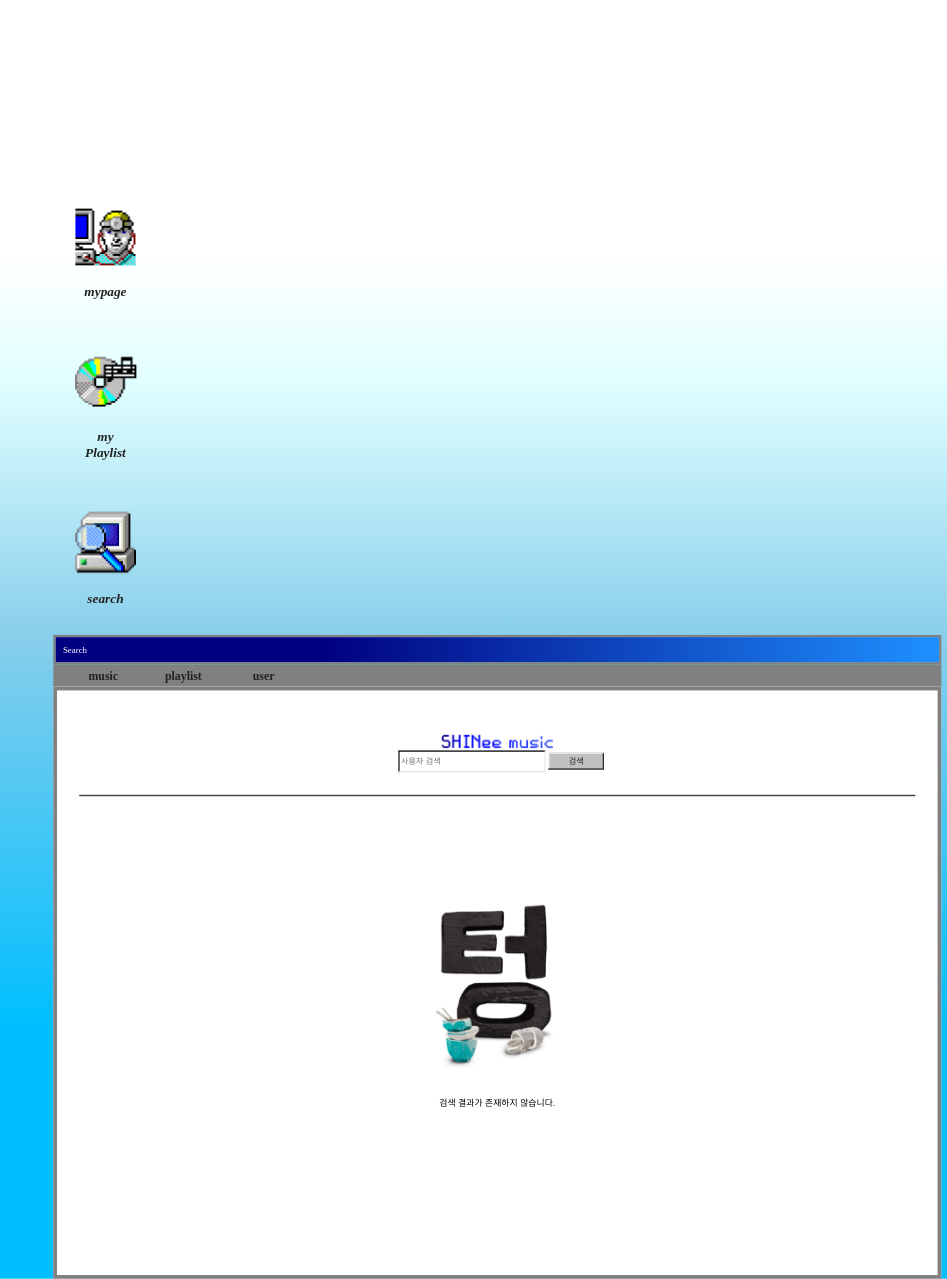
Repository: im2ho/SHINee_say
Page: http://localhost/MAIN/user_search.jsp
These files come from the project's save history. The page is drawn as it stood at one moment and after the next save; the edit follows.
The browser window is 1280 px wide. The pictures show the whole page, at 74% of full size.
Some web fonts or font styles are not loaded; a fallback is used. The page is served by Tomcat 9. Nobody is signed in. The application's start-up code is not run. Other server files are loaded and not shown. Queries for data that is not in the repository find no rows.

Above is the page before, as saved 2023-11-19 14:20:37.

### BACK/MAIN/src/main/webapp/user_search.jsp
<%@ page language="java" contentType="text/html; charset=UTF-8"
    pageEncoding="UTF-8"%>

<%
    request.setCharacterEncoding("UTF-8");
    %>

<%@ page import = "java.util.ArrayList" %>
<%@ page import = "shinee.dao.SearchDAO" %>
<%@ page import = "shinee.vo.User_info_VO" %>

<!DOCTYPE html>
<html>
    <head>
    	<meta charset="UTF-8">
        <title>SHINee Music</title>
        <link rel="stylesheet" type="text/css" href="css/search.css">
        <link rel="stylesheet" type="text/css" href="css/all.css">
    </head>
    <body>
        <div class="container" style="margin-top:30px;">
            <aside>
	                <button id="gotoMyPageButton" style="margin-top: 250px;">
	                    <img src="img/mypage.png" style="width:85px; padding:0;" alt="myPage Icon">
	                    <p><strong>mypage</strong></p>
	                </button>
	                <button id="gotoMyPlaylistButton" style="margin-top: 50px;">
	                    <img src="img/lookaround.png" style="width:85px; padding:0;" alt="lookaround Icon">
	                    <p><strong>my<br>Playlist</strong></p>
	                </button>
	                <button id="gotoSearchButton" style="margin-top: 50px;">
	                    <img src="img/pixel_search.png" style="width:85px; padding:0;" alt="Search Icon">
	                    <p><strong>search</strong></p>
	                </button>
            </aside>
            <section>
                <div class="bluetop" style="margin-top:20px; width:1200px;">
                    <p style="margin-top:5px">Search</p>
                </div>
                <!-- 여기서부터 검색창 페이지 변경 -->
                <!-- 검색 카테고리 선택 버튼 -->
                <div style="width:1200px; height:30px; background-color: gray;">
                    <button id="music_searchButton"><strong>music</strong></button>
                    <button id="playlist_searchButton"><strong>playlist</strong></button>
                    <button id="user_searchButton"><strong>user</strong></button>
                </div>
                <article>
                    <div style="margin-top: 60px; text-align: center;">
                        <img src="img/샤이니로고.png" alt="샤이니뮤직로고" style="width:150px;">

                       	<form method="post" name="search" action="user_search.jsp">
			                <input type="text"
			                    placeholder="사용자 검색" id= "searchText" name="searchText" minlength="2" maxlength="100">
			                <button type="submit">검색</button>
	                  	</form>

                        <div class="division-line"></div>

                        <!--검색결과 올라가는 곳-->

                        <%
	                        SearchDAO searchDAO = new SearchDAO();
	                        ArrayList<User_info_VO> userList = searchDAO.getSearchUsers(request.getParameter("searchText"));

	                        //검색결과 없을경우 보일 창
	                        if(userList.size() == 0){
                        %>
								<img src="img/텅.png" style="margin-top:100px; width:250px;">
								<p>검색 결과가 존재하지 않습니다.</p>
						<%
							}

							for(User_info_VO u : userList) {
						%>
								<div class="window" style="width: 500px; height:150px; margin-left: 350px; margin-bottom: 10px;">
									<div class="title-bar">
										<div class="title-bar-text">
											user_info
										</div>
										<div class="title-bar-controls">
											<button aria-label="Minimize"></button>
											<button aria-label="Maximize"></button>
											<button aria-label="Close"></button>
										</div>
									</div>
									<div style="float: left; margin-left: 15px; width:100px; height: 100px; margin-top: 10px; background-color: white; box-shadow:inset;">
										<img src="<%=u.getProfile_img()%>" alt="<%=u.getUser_nickname()%>님의 프로필 사진" style="height: 100%;">
									</div>
									<div style="float:right; width: 50%; text-align: left;">
										<p style="margin-top:20px; width:200px; height: 30px;">id : <%=u.getUser_id()%></p>
										<p style="margin-top:-10px;">nickname : <%=u.getUser_nickname()%></p>
										<form action="InsertFollowlist" method="post">
											<input type="hidden" name="follower_id" value="<%=(String)session.getAttribute("user_id")%>">
											<input type="hidden" name="following_id" value="<%=u.getUser_id()%>">
											<button type="submit" style="margin-top: 5px;">팔로우</button>
										</form>
										<!-- 타인의 마이페이지 양식 만들어지면 구현 예정 -->
										<!-- <button style="margin-top: 5px;">사용자 홈 방문</button> -->
									</div>
	                    		</div>
						<%
							}
						%>
                    </div>
                </article>
            </section>
        </div><!--container-->

        <script>
			//검색버튼 누르면 검색 창으로 이동 (기본 음악검색)
			document.getElementById("gotoSearchButton").addEventListener("click",()=>{
				window.location.href = "music_search.jsp";
			});

			//마이페이지 버튼 누르면 이동
			document.getElementById("gotoMyPageButton").addEventListener("click",()=>{
				window.location.href = "MyPage.jsp";
			});

			//마이플레이리스트 버튼
			document.getElementById("gotoMyPlaylistButton").addEventListener("click",()=>{
				window.location.href = "MyPlaylist.jsp";
			});

			//검색 카테고리 이동 버튼
			document.getElementById("music_searchButton").addEventListener("click",()=>{
				window.location.href = "music_search.jsp";
			});

			document.getElementById("playlist_searchButton").addEventListener("click",()=>{
				window.location.href = "playlist_search.jsp";
			});

			document.getElementById("user_searchButton").addEventListener("click",()=>{
				window.location.href = "user_search.jsp";
			});
        </script>
    </body>
</html>

### BACK/MAIN/src/main/java/shinee/dao/SearchDAO.java
package shinee.dao;

import java.sql.Blob;
import java.sql.Connection;
import java.sql.DriverManager;
import java.sql.PreparedStatement;
import java.sql.ResultSet;
import java.sql.SQLException;
import java.util.ArrayList;

import shinee.vo.Music_info_VO;
import shinee.vo.Playlist_info_VO;
import shinee.vo.User_info_VO;

	//모든 검색창 기능 담당하는 클래스
	public class SearchDAO {

		private static final String jdbcURL = "jdbc:oracle:thin:@localhost:1521:xe";
		private static final String jbdcUsername = "shinee";
		private static final String jdbcPassword = "shinee";

		Connection connection = null;

		//노래검색 메서드
		public ArrayList<Music_info_VO> getSearchMusics(String searchText){

			String searchSQL = null;

			Connection connection = null;
			PreparedStatement searchState = null;
			ResultSet resultSet = null;

			//2. 배열 만들러왓습니다 총총
			ArrayList<Music_info_VO> musicList = new ArrayList<>();

			try {

				if(searchText != null && !searchText.equals("") ){
					searchSQL = "SELECT song_id, song_name, artist_name FROM music_info WHERE song_name LIKE ? OR artist_name LIKE ?";
	            } else if(searchText == null || searchText.equals("")) {
	            	return musicList;
	            }

				Class.forName("oracle.jdbc.OracleDriver");
				connection = DriverManager.getConnection(jdbcURL, jbdcUsername, jdbcPassword);

				searchState = connection.prepareStatement(searchSQL);

				searchState.setString(1,"%"+searchText+"%");
				searchState.setString(2,"%"+searchText+"%");

				resultSet = searchState.executeQuery();

				while(resultSet.next()) {

					Music_info_VO music_info = new Music_info_VO();

					music_info.setSong_id(resultSet.getString("song_id"));
					music_info.setSong_name(resultSet.getString("song_name"));
					music_info.setArtist_name(resultSet.getString("artist_name"));

					//1. 배열에 객체 담고싶은디 일단 배열 만들고올게용
					//3. 만들고왓습니다 담아줄게요
					musicList.add(music_info);
				}

			} catch (ClassNotFoundException e) {
				// TODO Auto-generated catch block
				e.printStackTrace();
			} catch (SQLException e) {
				// TODO Auto-generated catch block
				e.printStackTrace();
			}

			return musicList;

		}

		//플리검색 메서드
		public ArrayList<Playlist_info_VO> getSearchPlaylist(String searchText){

			String searchSQL = null;

			Connection connection = null;
			PreparedStatement searchState = null;
			ResultSet resultSet = null;

			//2. 배열 만들러왓습니다 총총
			ArrayList<Playlist_info_VO> playlistList = new ArrayList<>();

			try {

				if(searchText != null && !searchText.equals("") ){
					searchSQL = "SELECT playlist_id, user_id, playlist_name, image FROM playlist_info WHERE playlist_name LIKE ?";
	            } else if(searchText == null || searchText.equals("")) {
	            	return playlistList;
	            }

				Class.forName("oracle.jdbc.OracleDriver");
				connection = DriverManager.getConnection(jdbcURL, jbdcUsername, jdbcPassword);

				searchState = connection.prepareStatement(searchSQL);

				searchState.setString(1,"%"+searchText+"%");
				resultSet = searchState.executeQuery();

				while(resultSet.next()) {

					Playlist_info_VO playlist_info = new Playlist_info_VO();

					playlist_info.setPlaylist_id(resultSet.getInt("playlist_id"));
					playlist_info.setUser_id(resultSet.getString("user_id"));
					playlist_info.setPlaylist_name(resultSet.getString("playlist_name"));

					//이미지 가져오기
					Blob blob = resultSet.getBlob("image");
					byte[] imageData = blob.getBytes(1, (int) blob.length());
					String imageBase64 = java.util.Base64.getEncoder().encodeToString(imageData);
					String playlist_image = "data:[embedded picture, 24 characters]" + imageBase64;

					playlist_info.setImage(playlist_image);

					//1. 배열에 객체 담고싶은디 일단 배열 만들고올게용
					//3. 만들고왓습니다 담아줄게요
					playlistList.add(playlist_info);
				}

			} catch (ClassNotFoundException e) {
				// TODO Auto-generated catch block
				e.printStackTrace();
			} catch (SQLException e) {
				// TODO Auto-generated catch block
				e.printStackTrace();
			}

			return playlistList;

		}

		//유저검색 메서드
		public ArrayList<User_info_VO> getSearchUsers(String searchText){

			String searchSQL = null;

			Connection connection = null;
			PreparedStatement searchState = null;
			ResultSet resultSet = null;

			//2. 배열 만들러왓습니다 총총
			ArrayList<User_info_VO> userList = new ArrayList<>();

			try {
				/*
				if(searchText != null && !searchText.equals("")){
					searchSQL = "SELECT user_id, user_nickname, profile_img FROM user_info WHERE user_id LIKE ? OR user_nickname LIKE ?";
	            } else if(searchText == null || searchText.equals("")) {
	            	return userList;
	            }*/

				searchSQL = "SELECT user_id, user_nickname, profile_img FROM user_info WHERE user_id LIKE ? OR user_nickname LIKE ?";

				Class.forName("oracle.jdbc.OracleDriver");
				connection = DriverManager.getConnection(jdbcURL, jbdcUsername, jdbcPassword);

				searchState = connection.prepareStatement(searchSQL);

				searchState.setString(1,"%"+searchText+"%");
				searchState.setString(2,"%"+searchText+"%");

				resultSet = searchState.executeQuery();


				while(resultSet.next()) {

					User_info_VO user_info = new User_info_VO();

					user_info.setUser_id(resultSet.getString("user_id"));
					user_info.setUser_nickname(resultSet.getString("user_nickname"));

					Blob blob = resultSet.getBlob("profile_img");

					byte[] imageData = blob.getBytes(1, (int) blob.length());
					String imageBase64 = java.util.Base64.getEncoder().encodeToString(imageData);
					String profile_image = "data:[embedded picture, 24 characters]" + imageBase64;

					user_info.setProfile_img(profile_image);

					//1. 배열에 객체 담고싶은디 일단 배열 만들고올게용
					//3. 만들고왓습니다 담아줄게요
					userList.add(user_info);
				}

			} catch (ClassNotFoundException e) {
				// TODO Auto-generated catch block
				e.printStackTrace();
			} catch (SQLException e) {
				// TODO Auto-generated catch block
				e.printStackTrace();
			}

			return userList;

		}

		//music_id뽑는 메서드
		public String getMusic_id(String searchText){

			String searchSQL = null;

			Connection connection = null;
			PreparedStatement searchState = null;
			ResultSet resultSet = null;

			try {

				if(searchText != null && !searchText.equals("") ){
					searchSQL = "SELECT song_id FROM music_info WHERE song_id =?";
	            } else if(searchText == null || searchText.equals("")) {
	            	return null;
	            }

				Class.forName("oracle.jdbc.OracleDriver");
				connection = DriverManager.getConnection(jdbcURL, jbdcUsername, jdbcPassword);

				searchState = connection.prepareStatement(searchSQL);

				searchState.setString(1,searchText);

				resultSet = searchState.executeQuery();

				if(resultSet.next()) {

					String song_id = resultSet.getString("song_id");

					return song_id;
				}

			} catch (ClassNotFoundException e) {
				// TODO Auto-generated catch block
				e.printStackTrace();
			} catch (SQLException e) {
				// TODO Auto-generated catch block
				e.printStackTrace();
			}

			return null;

		}

	}

### BACK/MAIN/src/main/webapp/css/search.css
@charset "UTF-8";
@font-face {
    font-family: 'Ramche';
    src: url('https://cdn.jsdelivr.net/gh/projectnoonnu/noonfonts_2307-1@1.1/Ramche.woff2') format('woff2');
    font-weight: normal;
    font-style: normal;
}
@font-face {
    font-family: 'dalmoori';
    src: url('https://cdn.jsdelivr.net/gh/projectnoonnu/noonfonts_2102-01@1.0/dalmoori.woff') format('woff');
    font-weight: normal;
    font-style: normal;
}
*{
    box-sizing: border-box;
}
body {
    background: linear-gradient(white 20%,lightCyan 30%, skyBlue 50%, deepSkyBlue 80% ) ;
    height: 1080px;
}
.container{
    max-width: 1500px;
    margin-top: 50px;
}
aside{
    text-align: center;
    width: 10%;
    float:left;
}
aside button{
    background: none;
    border: 0;
    outline: none;
    box-shadow: none;
    margin-left: 80px;
    font-family: 'Ramche';
    font-size: large;
    font-style: italic;
}
button:focus{
    border: none !important;
    outline:0 !important;
}
section{
    float:right;
}
.bluetop {
    background: linear-gradient(to right,navy 30%, dodgerblue ) ;
    color: white;
    height: 40px;
    display: flex;
    padding-left: 10px;
    padding-top: 5px;
    border-style: solid;
    border-color: gray;
    font-family: 'Ramche';
}
article{
    overflow: scroll;
    margin-top: 0;
    background-color: white;
    border-style: solid;
    border-color: gray;
    border-width: 5px;
    width:100%;
    height: 800px;
}
article h3{
    font-family: 'Ramche';
}
::-webkit-scrollbar{
    width:16px
}
::-webkit-scrollbar:horizontal{
    height:17px
}
::-webkit-scrollbar-corner{
    background:#dfdfdf
}
::-webkit-scrollbar-track{
    background-image:url("data:[embedded picture, 302 characters]")
}
::-webkit-scrollbar-thumb{
    background-color:#dfdfdf;
    box-shadow:inset -1px -1px #0a0a0a,inset 1px 1px #fff,inset -2px -2px grey,inset 2px 2px #dfdfdf
}
::-webkit-scrollbar-button:horizontal:end:increment,::-webkit-scrollbar-button:horizontal:start:decrement,::-webkit-scrollbar-button:vertical:end:increment,::-webkit-scrollbar-button:vertical:start:decrement{
    display:block
}
::-webkit-scrollbar-button:vertical:start{
    background-image:url("data:[embedded picture, 638 characters]");
    height:17px
}::-webkit-scrollbar-button:vertical:end{background-image:url(
    "data:[embedded picture, 638 characters]");
    height:17px
}
::-webkit-scrollbar-button:horizontal:start{
    background-image:url("data:[embedded picture, 637 characters]");
    width:16px
}
::-webkit-scrollbar-button:horizontal:end{
    background-image:url("data:[embedded picture, 638 characters]");
    width:16px
}

#music_searchButton, #playlist_searchButton, #user_searchButton {
    font-family: 'Ramche';
    font-size:medium ;
    margin-left: 30px ;
    background: none;
    border: 0 ;
    outline: none;
    box-shadow: none;
    height: 38px;
    margin-top: -3px;
    text-align: center;
}
#music_searchButton:hover, #user_searchButton:hover, #playlist_searchButton:hover{
background-color: rgb(109, 109, 109);
}

input{
    border-style: inset;
    height:30px !important;
    width: 200px;
    margin-left: 10px;
}
#searchButton{
    font-size:medium ;
    margin-left: 10px ;
    outline: none ;
    height: 30px;
    text-align: center ;
}
.division-line {
    border-top: 2px solid #444444;
    margin: 30px 30px;
  }

.window{
    background-color:silver;
    box-shadow:inset -1px -1px #0a0a0a,inset 1px 1px #dfdfdf,inset -2px -2px grey,inset 2px 2px #fff;
    padding:3px;
    font-family: 'Ramche';
    margin-left: 350px;
}

Loaded but not shown: BACK/MAIN/src/main/webapp/css/all.css (library)

After the next save:
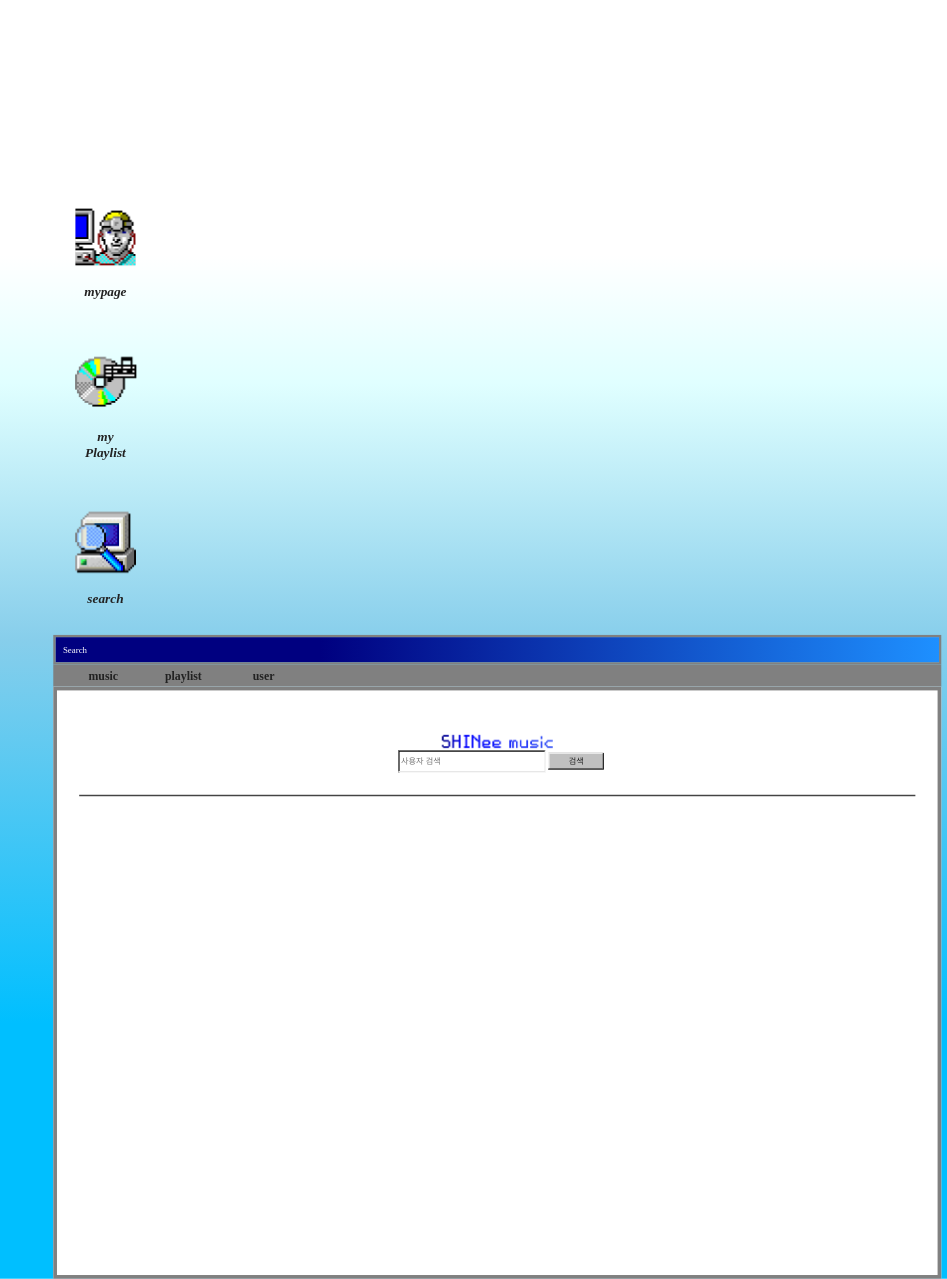
Saved 21 s later.
--- a/BACK/MAIN/src/main/webapp/user_search.jsp
+++ b/BACK/MAIN/src/main/webapp/user_search.jsp
@@ -56,51 +56,6 @@
 
                         <div class="division-line"></div>
 
-                        <!--검색결과 올라가는 곳-->
-
-                        <%
-	                        SearchDAO searchDAO = new SearchDAO();
-	                        ArrayList<User_info_VO> userList = searchDAO.getSearchUsers(request.getParameter("searchText"));
-
-	                        //검색결과 없을경우 보일 창
-	                        if(userList.size() == 0){
-                        %>
-								<img src="img/텅.png" style="margin-top:100px; width:250px;">
-								<p>검색 결과가 존재하지 않습니다.</p>
-						<%
-							}
-
-							for(User_info_VO u : userList) {
-						%>
-								<div class="window" style="width: 500px; height:150px; margin-left: 350px; margin-bottom: 10px;">
-									<div class="title-bar">
-										<div class="title-bar-text">
-											user_info
-										</div>
-										<div class="title-bar-controls">
-											<button aria-label="Minimize"></button>
-											<button aria-label="Maximize"></button>
-											<button aria-label="Close"></button>
-										</div>
-									</div>
-									<div style="float: left; margin-left: 15px; width:100px; height: 100px; margin-top: 10px; background-color: white; box-shadow:inset;">
-										<img src="<%=u.getProfile_img()%>" alt="<%=u.getUser_nickname()%>님의 프로필 사진" style="height: 100%;">
-									</div>
-									<div style="float:right; width: 50%; text-align: left;">
-										<p style="margin-top:20px; width:200px; height: 30px;">id : <%=u.getUser_id()%></p>
-										<p style="margin-top:-10px;">nickname : <%=u.getUser_nickname()%></p>
-										<form action="InsertFollowlist" method="post">
-											<input type="hidden" name="follower_id" value="<%=(String)session.getAttribute("user_id")%>">
-											<input type="hidden" name="following_id" value="<%=u.getUser_id()%>">
-											<button type="submit" style="margin-top: 5px;">팔로우</button>
-										</form>
-										<!-- 타인의 마이페이지 양식 만들어지면 구현 예정 -->
-										<!-- <button style="margin-top: 5px;">사용자 홈 방문</button> -->
-									</div>
-	                    		</div>
-						<%
-							}
-						%>
                     </div>
                 </article>
             </section>
